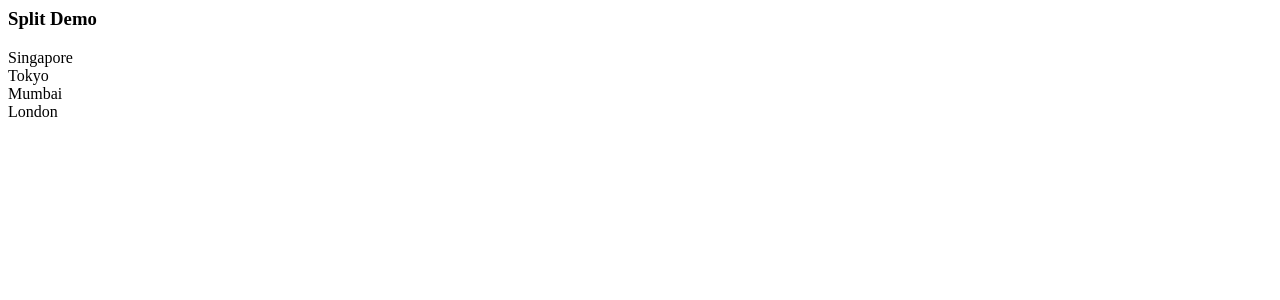
Repository: aashigupta165/advance-java
Page: http://localhost/notes/split-join-test.jsp
The author's editor kept a copy of each file at every save. The page is drawn from the files as they stood at one save, then again after the next save.
The browser window is 1280 px wide. The pictures show the whole page.
The page is served by Tomcat 9. Nobody is signed in. The application's start-up code is not run. Other server files are loaded and not shown.

Above is the page before, as saved 2019-08-23 19:33:01.

### notes/WebContent/split-join-test.jsp
<%@ taglib uri="http://java.sun.com/jsp/jstl/core" prefix="c" %>

<%@ taglib uri="http://java.sun.com/jsp/jstl/functions" prefix="fn" %>

<html>

<body>

	<c:set var="data" value="Singapore,Tokyo,Mumbai,London" />

	<h3>Split Demo</h3>

	<c:set var="citiesArray" value="${fn:split(data, ',')}" />

	<c:forEach var="tempCity" items="${citiesArray}" >
		${tempCity} <br/>
	</c:forEach>

</body>

</html>

After the next save:
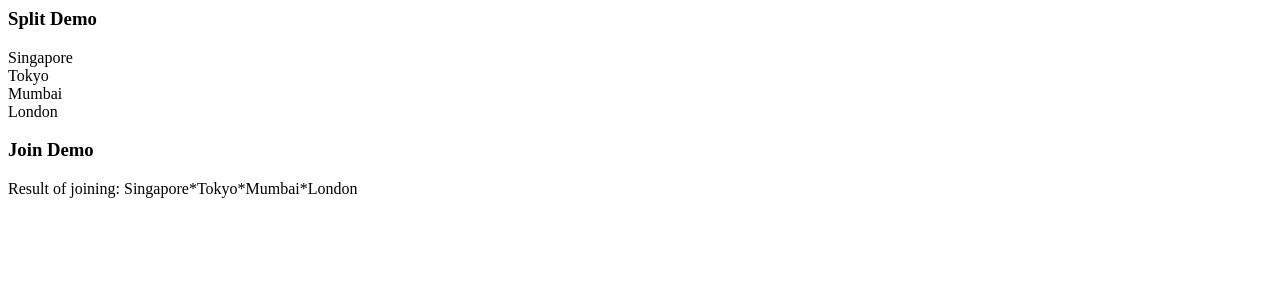
Saved 2 min 38 s later.
--- a/notes/WebContent/split-join-test.jsp
+++ b/notes/WebContent/split-join-test.jsp
@@ -16,6 +16,12 @@
 		${tempCity} <br/>
 	</c:forEach>
 
+	<h3>Join Demo</h3>
+
+	<c:set var="fun" value="${fn:join(citiesArray, '*')}" />
+
+	Result of joining: ${fun}
+
 </body>
 
 </html>
